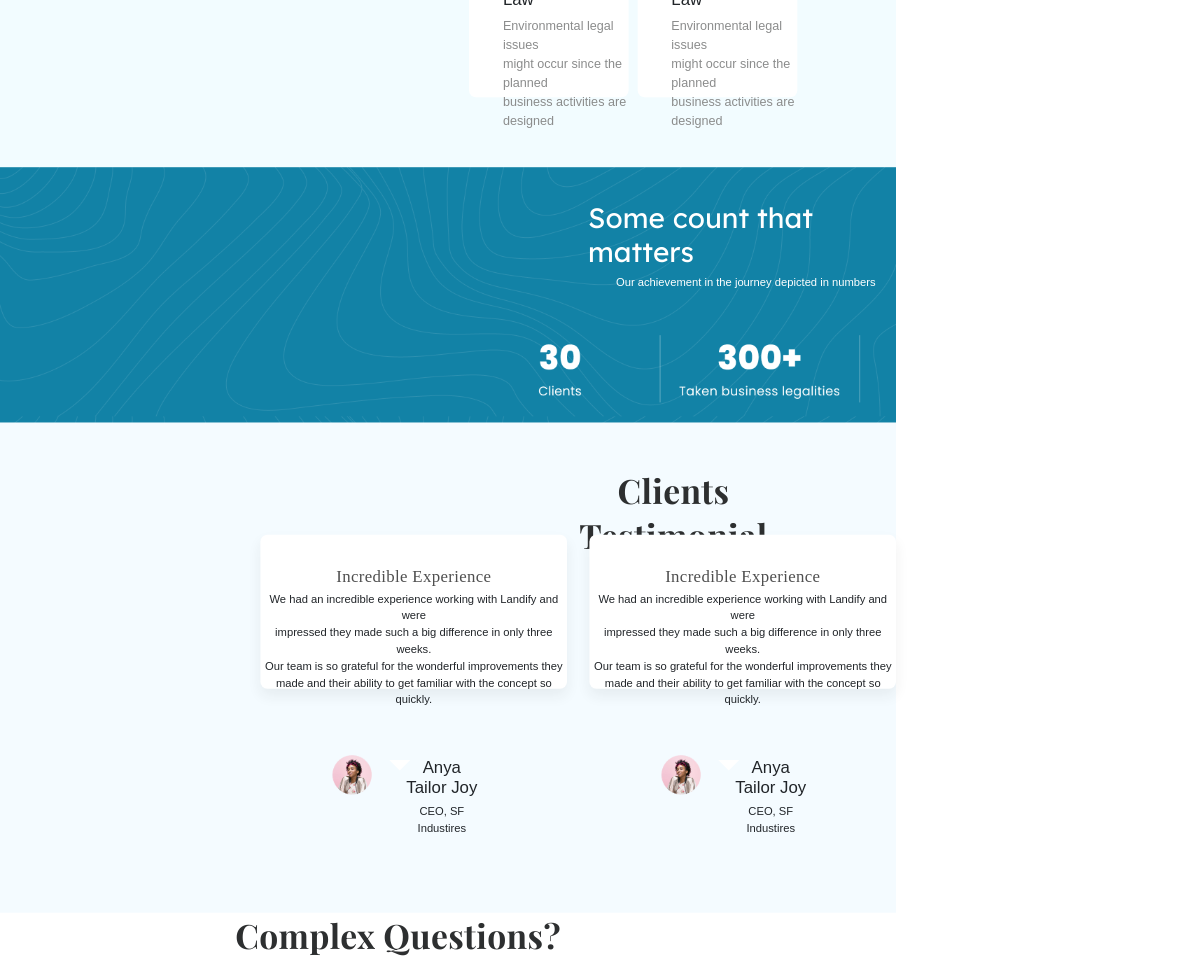
Repository: SAYYODTURINALIYEV/amaliy
Page: index.html
These files come from the project's save history. The page is drawn as it stood at one moment and after the next save; the edit follows.
The browser window is 1280 px wide. The page is 1713 px wide, so the pictures cover 1713 px, including what lies to the right of the window. The pictures show the part of the page from y = 1687 to 3127 px (the page is 3063 px tall before and 3127 px after), at 70% of full size.

Above is the page before, as saved 2022-05-20 17:45:43.

### index.html
<!DOCTYPE html>
<html lang="en">

<head>
    <meta charset="UTF-8">
    <meta name="viewport" content="width=device-width, initial-scale=1.0">
    <meta http-equiv="X-UA-Compatible" content="ie=edge">
    <meta name="Description" content="Enter your description here" />
    <link rel="stylesheet" href="https://cdnjs.cloudflare.com/ajax/libs/twitter-bootstrap/4.6.0/css/bootstrap.min.css">
    <link rel="stylesheet" href="https://cdnjs.cloudflare.com/ajax/libs/font-awesome/5.15.4/css/all.min.css">
    <link rel="stylesheet" href="styles/style.css">
    <title>figma</title>
</head>

<body>

    <nav id="nav">
        <section id="header_left">
            <div id="author_logo">
                <h1 id="author_logo_h1">L</h1>
            </div>
            <h1 id="author">Lawliet</h1>
        </section>
        <section id="header_right" class="ml-5 header_right">
            <section id="menues" class="ml-5">
                <ul id="menues_ul">
                    <a href="#">
                        <li>CONTACT</li>
                    </a>
                    <a href="#" class="ml-5">
                        <li>TESTIMONIALS</li>
                    </a>
                    <a href="#" class="ml-5">
                        <li>ABOUT</li>
                    </a>
                    <a href="#" class="ml-5">
                        <li>TERMS</li>
                    </a>
                </ul>
                <a href="#" id="search"><i class="fas fa-search ml-5" ></i></a>
            </section>

        </section>
    </nav><br>
    <section id="header">
        <div id="header_top"><br>
            <div class="ml-5">
                <h1 id="header_top_h1">Your Solution <br> Legal Consultacy</h1><br><br>
                <p id="header_top_p">We are here to help you take care of your legality <br> with the best service especially for you.</p><br>
                <button type="button" id="header_top_button">GET STARTED</button><br><br><br><br><br><br><br>
                <p id="header_top_p2">Trusted by 10+ companies in indonesia</p><br>
                <div id="brends">
                    <img src="images/Airbnb Logo.png" alt="" id="brends1">
                    <img src="images/Layer 2.png" alt="" class="ml-5" id="brends2"> <br><br>
                    <img src="images/Microsoft Logo.png" alt="" id="brends3">
                    <img src="images/Google Logo.png" alt="" class="ml-3" id="brends4">
                </div>

                <img src="images/Hero Image.png" alt="" id="header_top_img">

            </div>

        </div>
        <div id="header_bottom" class="mt-0">
            <div id="header_bottom_left"><br><br><br><br><br><br><br><br><br>
                <h1 id="header_bottom_left_h1">Why do we help <br> with legalization?</h1><br>
                <p id="header_bottom_left_p">We are here for UMKM in Indonesia <br> to carry out the legalization process, <br> which is sometimes complicated.</p>
            </div>
            <div class="continer2_right_top d-flex ml-5">
                <div class="con2_top_left">
                    <img src="images/Circle Layer.png" alt="" class="ml-5">
                    <h4 class="ml-5">Enviromental <br> Law</h4>
                    <p class="ml-5">Environmental legal issues <br> might occur since the planned <br> business activities are <br> designed</p>
                </div>
                <div class="con2_top_right mr-4">
                    <img src="images/Bag.png" alt="" class="ml-5">
                    <h4 class="ml-5">Corporate and <br> Commercial</h4>
                    <p class="ml-5">We provide a complete range <br> of services for the continuity <br> of your business activities.</p>
                </div>
            </div>
            <div id="con3_top">
                <img src="/images/Rocket.png" alt="" class="ml-5">
                <h4 class="ml-5">Enviromental <br> Law</h4>
                <p class="ml-5">Environmental legal issues <br> might occur since the planned <br> business activities are <br> designed</p><br>
            </div>
            <div id="con4_top">
                <img src="/images/User Arrows.png" alt="" class="ml-5">
                <h4 class="ml-5">Enviromental <br> Law</h4>
                <p class="ml-5">Environmental legal issues <br> might occur since the planned <br> business activities are <br> designed</p><br>
            </div>

        </div>

    </section>
    <section id="main">
        <div id="main_top">
            <div id="main_top1">
                <h1 id="main_top1_h1"><br> Some count that matters
                </h1>
                <p class="ml-5" id="main_top1_p">Our achievement in the journey depicted in numbers</p><br><br>
                <img src="images/Counts.png" alt="" class="image">
            </div>

        </div>
    </section>
    <section id="clients">

        <h2 id="main2_h1"><br> Clients Testimonial</h2>
        <br>
        <div id="main2_1">
            <h3 id="main2_1_h1"><br><br> <br><br> Incredible Experience</h3>
            <p id="main2_1_p">We had an incredible experience working with Landify and were <br> impressed they made such a big difference in only three weeks. <br> Our team is so grateful for the wonderful improvements they <br> made and their ability to get familiar
                with the concept so <br> quickly.</p>
            <img src="/images/Photo.png" alt="" id="main2_1_img">
            <h4 style="margin-left: 13rem;margin-top: -3.3rem;margin-right: 8rem;">Anya Tailor Joy</h4>
            <p style="margin-left: 13rem;margin-right: 8rem;">CEO, SF Industires</p>
        </div>
        <div id="main2_2">
            <h3 id="main2_1_h1"><br><br><br><br> Incredible Experience</h3>
            <p id="main2_1_p">We had an incredible experience working with Landify and were <br> impressed they made such a big difference in only three weeks. <br> Our team is so grateful for the wonderful improvements they <br> made and their ability to get familiar
                with the concept so <br> quickly.</p>
            <img src="/images/Photo.png" alt="" id="main2_2_img">
            <h4 style="margin-left: 13rem;margin-top: -3.3rem;margin-right: 8rem;">Anya Tailor Joy</h4>
            <p style="margin-left: 13rem;margin-right: 8rem;">CEO, SF Industires</p>


        </div>
    </section>
    <section id="Complex_Questions">
        <h1 id="complex_h1">Complex Questions?</h1>
    </section>






    <script src="https://cdnjs.cloudflare.com/ajax/libs/jquery/3.5.1/jquery.min.js"></script>
    <script src="https://cdnjs.cloudflare.com/ajax/libs/popper.js/1.16.1/umd/popper.min.js"></script>
    <script src="https://cdnjs.cloudflare.com/ajax/libs/twitter-bootstrap/4.6.0/js/bootstrap.min.js"></script>
</body>

</html>

### styles/style.css
@import url('https://fonts.googleapis.com/css2?family=Roboto:wght@100;500&display=swap');
@import url('https://fonts.googleapis.com/css2?family=Playfair+Display:wght@400;700&family=Roboto:wght@100;500&display=swap');
@import url('https://fonts.googleapis.com/css2?family=Lexend+Deca&display=swap');
* {
    margin: 0;
    padding: 0;
    box-sizing: border-box;
    font-family: sans-serif;
}


/* ====NAVBAR===START===*/

#nav {
    position: fixed;
    background-color: white;
    width: 100%;
}

#menues {
    list-style-type: none;
    display: flex;
    flex-direction: row;
    justify-content: center;
    margin-right: -10rem;
}

#menues ul a {
    color: #2D2F30;
}

#menues_ul {
    display: flex;
    flex-direction: row;
    justify-content: center;
    list-style: none;
    margin-left: 32rem;
    margin-top: -2rem;
    font-family: 'Roboto', sans-serif;
}


/* ====NAVBAR===END===*/

#header_left {
    display: flex;
    flex-direction: row;
    margin-left: 240px;
    margin-top: 2rem;
}

#author_logo {
    width: 3rem;
    height: 3rem;
    background-color: #094B72;
    text-align: center;
    border-radius: 30px;
    padding: 20px;
    cursor: pointer;
    margin-left: 8.6rem;
}

#author_logo_h1 {
    margin-top: -0.9rem;
    font-size: 30px;
    font-weight: lighter;
    margin-left: -0.2rem;
    color: white;
}

#author {
    font-weight: bolder;
    margin-left: 1rem;
    font-family: 'Roboto', sans-serif;
    font-size: 28px;
    margin-top: 0.5rem;
    cursor: pointer;
}

#search {
    color: #2D2F30;
    margin-left: 5.8rem;
    margin-top: -2.3rem;
    font-size: 1.5rem;
    font-weight: bolder;
}


/* ====NAVBAR===END===*/


/* ====HEADER-TOP===START===*/

#header_top {
    background-color: #F9F8F9;
    height: 1072px;
}

#header_top_h1 {
    font-family: 'Playfair Display';
    font-style: normal;
    font-weight: 900;
    font-size: 76px;
    line-height: 120%;
    letter-spacing: 0.02em;
    color: #094B72;
    margin-left: 329px;
    margin-top: 10rem;
}

#header_top_p {
    font-family: sans-serif;
    font-style: normal;
    font-weight: 500;
    font-size: 20px;
    line-height: 158%;
    display: flex;
    align-items: center;
    letter-spacing: 0.5px;
    color: #4F4F4F;
    margin-left: 329px;
}

#header_top_button {
    background: #094B72;
    border-radius: 8px;
    padding: 25px;
    margin-left: 329px;
    color: rgb(253, 244, 244);
    font-family: sans-serif;
    border: none;
    font-weight: bold;
}

#header_top_button:hover {
    transition: 0.2s;
    box-shadow: 6px 6px black;
}

#header_top_button:active {
    transition: 0.1s;
    box-shadow: 6px 6px rgb(255, 255, 255);
}

#header_top_img {
    margin-top: -57.98rem;
    width: 549px;
    height: 973px;
    margin-left: 55rem;
}

#header_top_p2 {
    font-style: normal;
    font-weight: 400;
    font-size: 22px;
    letter-spacing: 0.04em;
    color: #8B8C8C;
    margin-left: 329px;
}

#brends {
    margin-left: 329px;
}

#brends1:hover {
    transform: scale(1.2);
    transition: all 0.9s;
}

#brends2:hover {
    transform: scale(1.2);
    transition: all 0.9s;
}

#brends3 {
    margin-right: 1rem;
}

#brends3:hover {
    transform: scale(1.2);
    transition: all 0.9s;
}

#brends4:hover {
    transform: scale(1.2);
    transition: all 0.9s;
}

#brends img {
    cursor: pointer;
}


/* ====HEADER-TOP===END===*/


/* ====HEADER-BOTTOM===START===*/

#header_bottom {
    background-color: #F2FCFF;
    height: 830px;
}

#header_bottom_left {
    margin-left: 369px;
}

#header_bottom_left_h1 {
    font-family: 'Playfair Display';
    font-style: bold;
    font-weight: 700;
    font-size: 52px;
    line-height: 64px;
    letter-spacing: 0.323077px;
    color: #2D2F30;
}

#header_bottom_left_p {
    font-family: 'Poppins';
    font-style: normal;
    font-weight: 400;
    font-size: 28px;
    line-height: 36px;
    letter-spacing: 0.5px;
    color: #8B8C8C;
}

#header_bottom {
    display: flex;
    flex-direction: row;
}

.continer2_left {
    margin-left: -1%;
    padding-top: 15%;
    padding-bottom: 15%;
}

.continer2_left h1 {
    font-family: 'Playfair Display';
    font-style: normal;
    font-weight: 700;
    font-size: 48px;
    line-height: 64px;
    letter-spacing: 0.323077px;
    color: #2D2F30;
}

.continer2_left p {
    font-family: 'Poppins';
    font-style: normal;
    font-weight: 400;
    font-size: 20px;
    line-height: 36px;
    letter-spacing: 0.5px;
    color: #8B8C8C;
}

.con2_top_left {
    background-color: white;
    width: 17.8%;
    height: 250px;
    border-radius: 10px;
    position: absolute;
    margin-left: 39.8rem;
}

.con2_top_left img {
    margin-left: 20px;
    margin-top: 20px;
}

.con2_top_left h4 {
    margin-left: 20px;
    margin-top: 10px;
}

.con2_top_left p {
    margin-left: 20px;
    margin-top: 10px;
    color: #8B8C8C;
}

.continer2_right_top {
    margin-top: 10%;
    width: 50%;
}

.continer2_right h1 {
    font-family: 'Playfair Display';
    font-style: normal;
    font-weight: 700;
    font-size: 48px;
    line-height: 64px;
    letter-spacing: 0.323077px;
    color: #2D2F30;
}

.continer2_right p {
    font-family: 'Poppins';
    font-style: normal;
    font-weight: 400;
    font-size: 20px;
    line-height: 36px;
    letter-spacing: 0.5px;
    color: #8B8C8C;
}

.con2_top_right {
    background-color: white;
    position: relative;
    width: 35.8%;
    height: 250px;
    margin-left: 22.5%;
    border-radius: 10px;
}

.con2_top_right img {
    margin-left: 20px;
    margin-top: 20px;
}

.con2_top_right h4 {
    margin-left: 20px;
    margin-top: 10px;
}

.con2_top_right p {
    margin-left: 20px;
    margin-top: 10px;
    color: #8B8C8C;
}

.continer2_right_bottom {
    margin-top: 40%;
    margin-left: -55%;
}

.con2_bottom_left {
    background-color: white;
    width: 57%;
    height: 250px;
    margin-left: -10%;
    margin-top: -5%;
    border-radius: 10px;
}

.con2_bottom_left img {
    margin-left: 20px;
    margin-top: 20px;
}

.con2_bottom_left h4 {
    margin-left: 20px;
    margin-top: 10px;
}

.con2_bottom_left p {
    margin-left: 20px;
    margin-top: 10px;
    color: #8B8C8C;
    font-size: 18px;
}

.con2_bottom_right {
    background-color: white;
    width: 57%;
    height: 250px;
    margin-top: -5%;
    left: 14%;
    margin-bottom: 20%;
    border-radius: 10px;
    margin-right: 2rem;
}

.con2_bottom_right img {
    margin-left: 20px;
    margin-top: 20px;
}

.con2_bottom_right h4 {
    margin-left: 20px;
    margin-top: 10px;
}

.con2_bottom_right p {
    margin-left: 20px;
    margin-top: 10px;
    color: #8B8C8C;
    font-size: 18px;
}

#con3_top {
    background-color: white;
    width: 17.8%;
    height: 250px;
    left: 14%;
    border-radius: 10px;
    margin-top: 30rem;
    margin-left: -51.1rem;
}

.con2_top_right:hover {
    transform: scale(1.1);
    transition: all 0.8s;
}

.con2_top_left:hover {
    transform: scale(1.1);
    transition: all 0.5s;
}

#con4_top {
    background-color: white;
    width: 17.8%;
    height: 250px;
    border-radius: 10px;
    margin-top: 30rem;
    margin-left: 1%;
}

#con4_top:hover {
    transform: scale(1.1);
    transition: all 0.8s;
}

#con3_top:hover {
    transform: scale(1.1);
    transition: all 0.8s;
}

#con3_top img {
    margin-left: 20px;
    margin-top: 20px;
}

#con3_top h4 {
    margin-left: 20px;
    margin-top: 10px;
}

#con3_top p {
    margin-left: 20px;
    margin-top: 10px;
    color: #8B8C8C;
    font-size: 18px;
}

#con4_top p {
    margin-left: 20px;
    margin-top: 10px;
    color: #8B8C8C;
}

#con4_top img {
    margin-left: 20px;
    margin-top: 20px;
}

#con4_top h4 {
    margin-left: 20px;
    margin-top: 10px;
}

#con4_top p {
    margin-left: 20px;
    margin-top: 10px;
    color: #8B8C8C;
    font-size: 18px;
}

#main_top {
    background: url(/images/BG.png);
    height: 365px;
}

#main_top1 {
    margin-left: 38rem;
    font-family: 'Lucida Sans', 'Lucida Sans Regular', 'Lucida Grande', 'Lucida Sans Unicode', Geneva, Verdana, sans-serif;
}

#main_top1_h1 {
    color: white;
    font-family: 'Lexend Deca', sans-serif;
    margin-left: 14.5rem;
}

#main_top1_p {
    color: white;
    margin-left: 17rem !important;
}

.image {
    margin-left: 4rem;
}

#main2_h1 {
    font-family: 'Playfair Display';
    font-style: normal;
    font-weight: 700;
    font-size: 48px;
    line-height: 64px;
    text-align: center;
    letter-spacing: 0.5px;
    font-feature-settings: 'salt' on, 'liga' off;
    color: #2D2F30;
    margin-left: 49rem;
}

#main2 {
    background-color: #f4fbff;
}

#clients {
    background-color: #f4fbff;
    width: 30rem;
    width: 100%;
    display: flex;
    flex-direction: row;
    height: 700px;
}

#main2_1_h1 {
    font-family: 'Poppins';
    font-style: normal;
    font-weight: 400;
    font-size: 24px;
    margin-top: -3rem;
    line-height: 24px;
    letter-spacing: 0.5px;
    font-feature-settings: 'salt' on, 'liga' off;
    color: #4F4F4F;
    text-align: center;
}

#main2_1 {
    background-color: white;
    width: 27%;
    line-height: 24px;
    font-family: 'Poppins';
    text-align: center;
    border-radius: 10px;
    width: 540px;
    height: 220px;
    box-shadow: 0px 10px 20px rgba(41, 41, 42, 0.07);
    margin-top: 10rem;
    margin-left: -48rem;
}

#main2_2 {
    background-color: white;
    width: 27%;
    line-height: 24px;
    font-family: 'Poppins';
    text-align: center;
    border-radius: 10px;
    width: 540px;
    height: 220px;
    box-shadow: 0px 10px 20px rgba(41, 41, 42, 0.07);
    margin-top: 10rem;
    margin-left: 2rem;
}

#main2_2_h1 {
    font-family: 'Poppins';
    font-style: normal;
    font-weight: 400;
    font-size: 24px;
    margin-top: -3rem;
    line-height: 24px;
    letter-spacing: 0.5px;
    font-feature-settings: 'salt' on, 'liga' off;
    color: #4F4F4F;
    text-align: center;
}

#main2_1::after {
    content: "";
    position: relative;
    border-width: 15px;
    border-style: solid;
    border-color: rgb(255, 255, 255) transparent transparent transparent;
    top: -114px;
    left: -20px;
}

#main2_2::after {
    content: "";
    position: relative;
    border-width: 15px;
    border-style: solid;
    border-color: rgb(255, 255, 255) transparent transparent transparent;
    top: -114px;
    left: -20px;
}

#main2_1_img {
    margin-top: 3.2rem;
    margin-right: 11rem;
}

#main2_2_img {
    margin-top: 3.2rem;
    margin-right: 11rem;
}

#Complex_Questions {}

#complex_h1 {
    font-family: 'Playfair Display';
    font-style: normal;
    font-weight: 700;
    font-size: 48px;
    line-height: 64px;
    letter-spacing: 0.5px;
    margin-left: 21rem;
    font-feature-settings: 'salt' on, 'liga' off;
    color: #2D2F30;
}

After the next save:
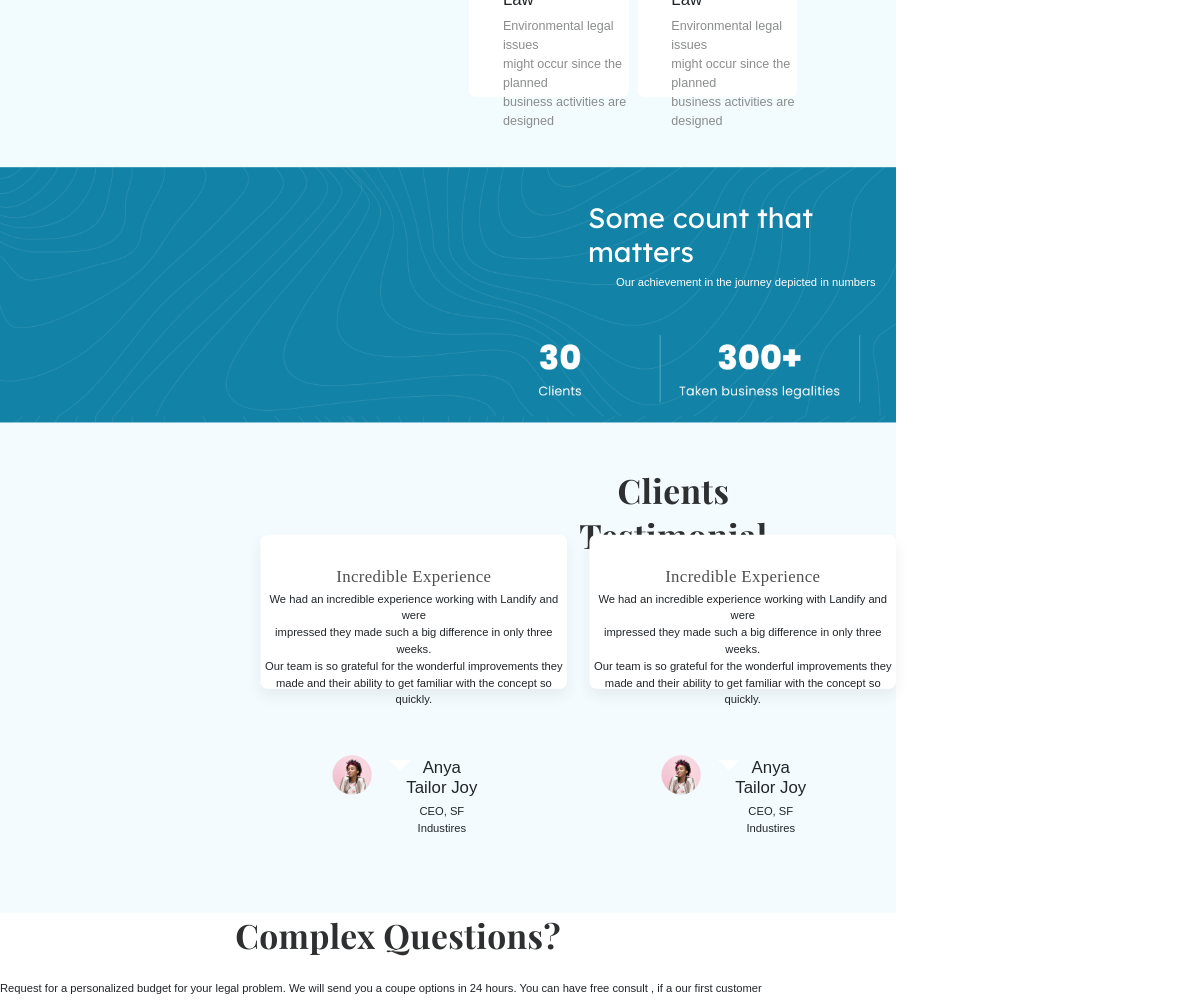
Saved 17 s later.
--- a/index.html
+++ b/index.html
@@ -127,7 +127,8 @@
         </div>
     </section>
     <section id="Complex_Questions">
-        <h1 id="complex_h1">Complex Questions?</h1>
+        <h1 id="complex_h1">Complex Questions?</h1><br>
+        <p>Request for a personalized budget for your legal problem. We will send you a coupe options in 24 hours. You can have free consult , if a our first customer</p>
     </section>
 
 
